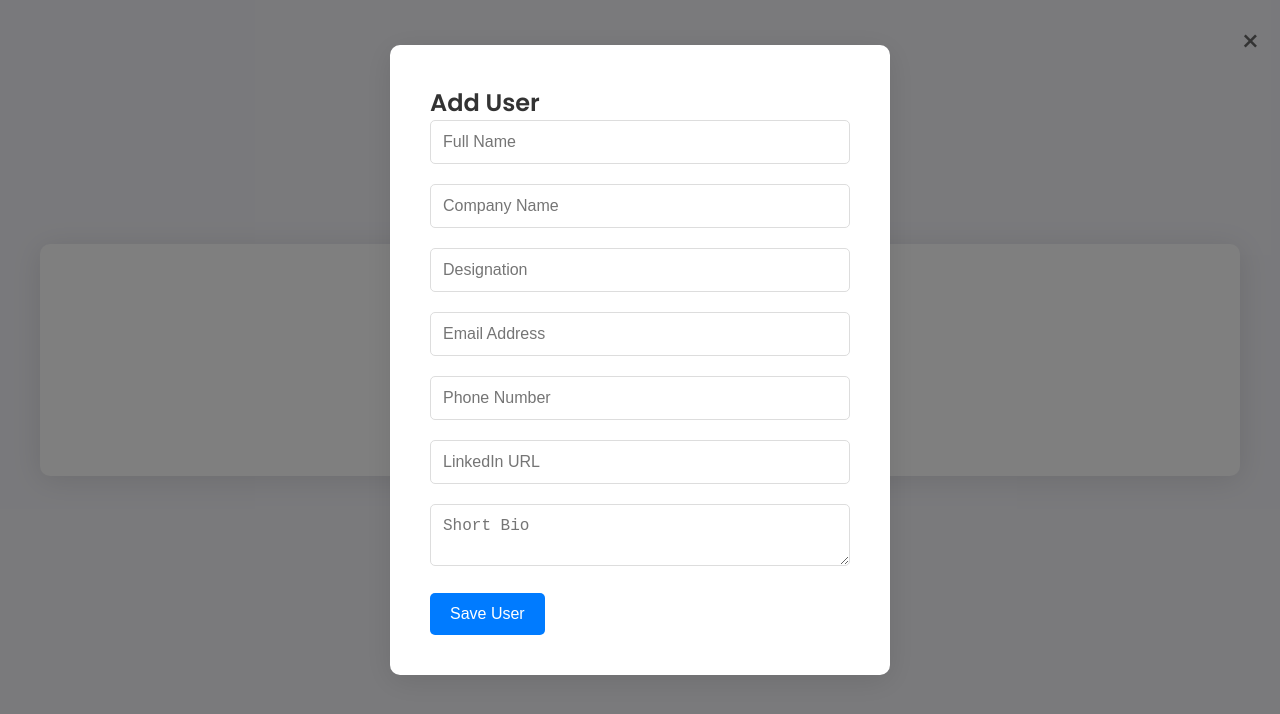
Repository: anazhtz/index
Page: index.html
An editor plug-in stored every save of this project. The page is shown before and after the next save, followed by the edit.
The browser window is 1280 px wide. The pictures show the whole page.
After loading, the first visible `#addBtn` was clicked once.

Above is the page before, as saved 2024-11-14 15:16:12.

### index.html
<!DOCTYPE html>
<html lang="en">
<head>
    <meta charset="UTF-8">
    <meta name="viewport" content="width=device-width, initial-scale=1.0">
    <meta http-equiv="X-UA-Compatible" content="ie=edge">
    <title>User Management - CRUD</title>
    <link href="https://fonts.googleapis.com/css2?family=Poppins:wght@300;400;500;600&display=swap" rel="stylesheet">
    <link rel="stylesheet" href="styles.css">
</head>
<body>
    <div class="container">
        <header>
            <h1>User Management</h1>
        </header>

        <div class="actions">
            <button class="btn add-btn" id="addBtn">Add New User</button>
        </div>

        <div class="user-list">
            <!-- User cards will be displayed here dynamically -->
        </div>
    </div>

    <!-- User Form Modal -->
    <div class="modal" id="userModal">
        <div class="modal-content">
            <span class="close-btn" id="closeModal">&times;</span>
            <h2 id="modalTitle">Add New User</h2>
            <form id="userForm">
                <input type="hidden" id="userId">
                <input type="text" id="userName" placeholder="Full Name" required>
                <input type="text" id="userCompany" placeholder="Company Name" required>
                <input type="text" id="userDesignation" placeholder="Designation" required>
                <input type="email" id="userEmail" placeholder="Email Address" required>
                <input type="text" id="userPhone" placeholder="Phone Number" required>
                <input type="text" id="userLinkedin" placeholder="LinkedIn URL" required>
                <textarea id="userBio" placeholder="Short Bio" required></textarea>
                <button type="submit" class="btn">Save User</button>
            </form>
        </div>
    </div>

    <script src="script.js"></script>
</body>
</html>

### styles.css
/* General Reset */
* {
    margin: 0;
    padding: 0;
    box-sizing: border-box;
}

/* Body Styling */
body {
    font-family: 'Poppins', sans-serif;
    background-color: #f4f4f9;
    color: #333;
    display: flex;
    justify-content: center;
    align-items: center;
    height: 100vh;
    margin: 0;
}

/* Main Container */
.container {
    width: 100%;
    max-width: 1200px;
    background-color: #fff;
    padding: 30px;
    border-radius: 10px;
    box-shadow: 0 4px 30px rgba(0, 0, 0, 0.1);
    overflow: hidden;
}

/* Header Section */
header {
    text-align: center;
    margin-bottom: 40px;
}

header h1 {
    font-size: 2.5rem;
    color: #007bff;
    font-weight: 600;
}

/* Buttons */
button {
    background-color: #007bff;
    color: #fff;
    padding: 12px 20px;
    border: none;
    border-radius: 5px;
    font-size: 1rem;
    cursor: pointer;
    transition: background-color 0.3s ease;
}

button:hover {
    background-color: #0056b3;
}

/* Action Section */
.actions {
    text-align: center;
    margin-bottom: 30px;
}

/* User Cards */
.user-list {
    display: grid;
    grid-template-columns: repeat(auto-fill, minmax(320px, 1fr));
    gap: 20px;
}

.user-card {
    background-color: #fff;
    padding: 20px;
    border-radius: 10px;
    box-shadow: 0 6px 20px rgba(0, 0, 0, 0.1);
    transition: transform 0.3s ease, box-shadow 0.3s ease;
}

.user-card:hover {
    transform: translateY(-10px);
    box-shadow: 0 10px 30px rgba(0, 0, 0, 0.1);
}

.user-card h3 {
    font-size: 1.8rem;
    color: #007bff;
    margin-bottom: 15px;
}

.user-card p {
    color: #555;
    font-size: 1rem;
    margin: 8px 0;
}

.user-card button {
    position: absolute;
    top: 10px;
    right: 10px;
}

.user-card button.edit-btn {
    background-color: #28a745;
}

.user-card button.delete-btn {
    background-color: #dc3545;
}

/* Modal Styling */
.modal {
    display: none;
    position: fixed;
    top: 0;
    left: 0;
    width: 100%;
    height: 100%;
    background: rgba(0, 0, 0, 0.5);
    justify-content: center;
    align-items: center;
    z-index: 1000;
}

.modal-content {
    background-color: #fff;
    padding: 40px;
    width: 500px;
    border-radius: 10px;
    box-shadow: 0 6px 30px rgba(0, 0, 0, 0.1);
}

.close-btn {
    font-size: 30px;
    color: #333;
    position: absolute;
    top: 20px;
    right: 20px;
    cursor: pointer;
}

textarea {
    width: 100%;
    padding: 12px;
    margin-bottom: 20px;
    border: 1px solid #ddd;
    border-radius: 5px;
    font-size: 1rem;
    resize: vertical;
}

input[type="text"], input[type="email"] {
    width: 100%;
    padding: 12px;
    margin-bottom: 20px;
    border: 1px solid #ddd;
    border-radius: 5px;
    font-size: 1rem;
}

/* Responsive Design */
@media (max-width: 768px) {
    .user-list {
        grid-template-columns: 1fr;
    }

    .modal-content {
        width: 90%;
    }
}

### script.js
// Array to store user data
let users = [];

// Modal and form elements
const userModal = document.getElementById("userModal");
const closeModal = document.getElementById("closeModal");
const userForm = document.getElementById("userForm");

// Add/Edit user fields
const userName = document.getElementById("userName");
const userCompany = document.getElementById("userCompany");
const userDesignation = document.getElementById("userDesignation");
const userEmail = document.getElementById("userEmail");
const userPhone = document.getElementById("userPhone");
const userLinkedin = document.getElementById("userLinkedin");
const userBio = document.getElementById("userBio");
const userId = document.getElementById("userId");

// List container
const userList = document.querySelector(".user-list");

// Open modal to add user
document.getElementById("addBtn").addEventListener("click", () => {
    document.getElementById("modalTitle").textContent = "Add User";
    userForm.reset();
    userId.value = '';
    userModal.style.display = "flex";
});

// Close modal
closeModal.addEventListener("click", () => {
    userModal.style.display = "none";
});

// Save user (Add/Edit)
userForm.addEventListener("submit", (e) => {
    e.preventDefault();

    const newUser = {
        id: userId.value || Date.now().toString(),
        name: userName.value,
        company: userCompany.value,
        designation: userDesignation.value,
        email: userEmail.value,
        phone: userPhone.value,
        linkedin: userLinkedin.value,
        bio: userBio.value
    };

    if (userId.value) {
        // Update existing user
        const index = users.findIndex(user => user.id === userId.value);
        users[index] = newUser;
    } else {
        // Add new user
        users.push(newUser);
    }

    renderUsers();
    userModal.style.display = "none";
});

// Edit user
function editUser(userId) {
    const user = users.find(u => u.id === userId);
    userName.value = user.name;
    userCompany.value = user.company;
    userDesignation.value = user.designation;
    userEmail.value = user.email;
    userPhone.value = user.phone;
    userLinkedin.value = user.linkedin;
    userBio.value = user.bio;
    document.getElementById("modalTitle").textContent = "Edit User";
    userId.value = user.id;
    userModal.style.display = "flex";
}

// Delete user
function deleteUser(userId) {
    users = users.filter(u => u.id !== userId);
    renderUsers();
}

// Render all users to the page
function renderUsers() {
    userList.innerHTML = '';
    users.forEach(user => {
        const userCard = document.createElement("div");
        userCard.classList.add("user-card");
        userCard.innerHTML = `
            <h3>${user.name}</h3>
            <p><strong>Company:</strong> ${user.company}</p>
            <p><strong>Designation:</strong> ${user.designation}</p>
            <p><strong>Email:</strong> ${user.email}</p>
            <p><strong>Phone:</strong> ${user.phone}</p>
            <p><strong>LinkedIn:</strong> <a href="${user.linkedin}" target="_blank">${user.linkedin}</a></p>
            <p><strong>Bio:</strong> ${user.bio}</p>
            <button class="edit-btn" onclick="editUser('${user.id}')">Edit</button>
            <button class="delete-btn" onclick="deleteUser('${user.id}')">Delete</button>
        `;
        userList.appendChild(userCard);
    });
}

// Initial render
renderUsers();

After the next save:
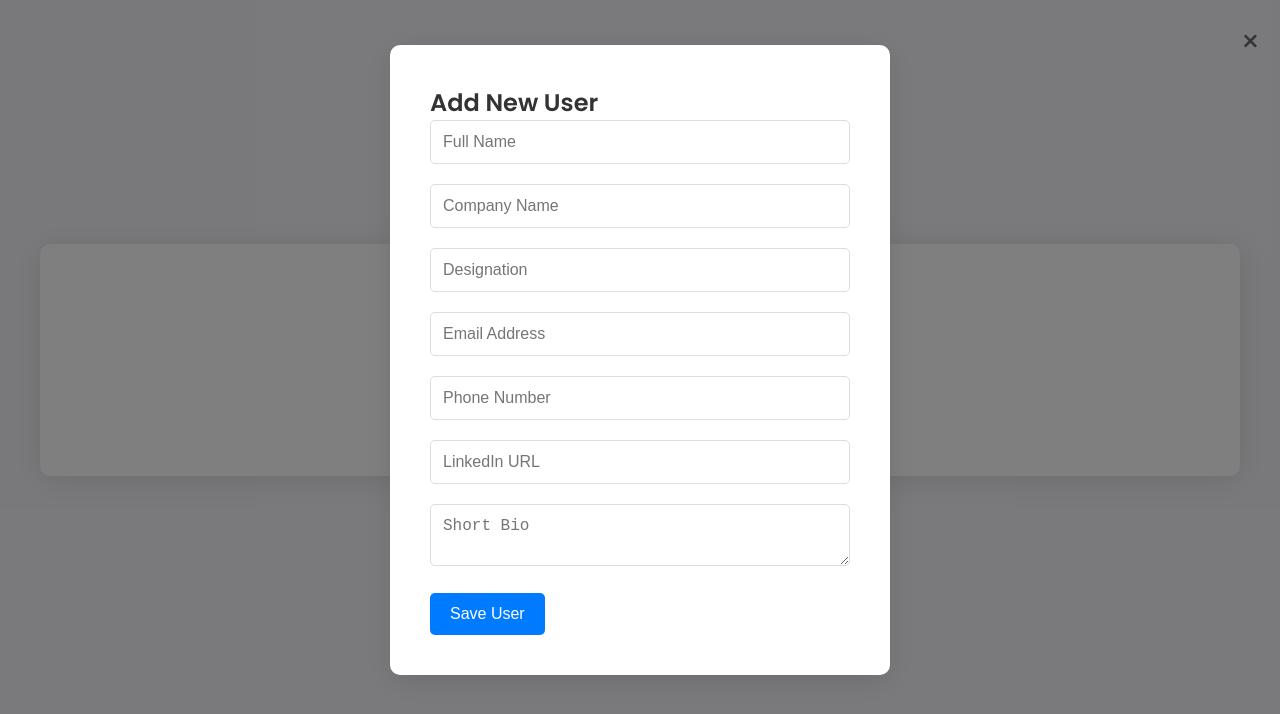
Saved 5 s later.
--- a/script.js
+++ b/script.js
@@ -1,4 +1,3 @@
-// Array to store user data
 let users = [];
 
 // Modal and form elements
@@ -16,12 +15,12 @@ const userLinkedin = document.getElementById("userLinkedin");
 const userBio = document.getElementById("userBio");
 const userId = document.getElementById("userId");
 
-// List container
+// User list container
 const userList = document.querySelector(".user-list");
 
-// Open modal to add user
+// Open modal to add a new user
 document.getElementById("addBtn").addEventListener("click", () => {
-    document.getElementById("modalTitle").textContent = "Add User";
+    document.getElementById("modalTitle").textContent = "Add New User";
     userForm.reset();
     userId.value = '';
     userModal.style.display = "flex";
@@ -32,7 +31,7 @@ closeModal.addEventListener("click", () => {
     userModal.style.display = "none";
 });
 
-// Save user (Add/Edit)
+// Handle user form submission (Add/Edit)
 userForm.addEventListener("submit", (e) => {
     e.preventDefault();
 
@@ -77,23 +76,23 @@ function editUser(userId) {
 
 // Delete user
 function deleteUser(userId) {
-    users = users.filter(u => u.id !== userId);
+    users = users.filter(user => user.id !== userId);
     renderUsers();
 }
 
-// Render all users to the page
+// Render user list
 function renderUsers() {
     userList.innerHTML = '';
     users.forEach(user => {
-        const userCard = document.createElement("div");
-        userCard.classList.add("user-card");
+        const userCard = document.createElement('div');
+        userCard.classList.add('user-card');
         userCard.innerHTML = `
             <h3>${user.name}</h3>
             <p><strong>Company:</strong> ${user.company}</p>
             <p><strong>Designation:</strong> ${user.designation}</p>
             <p><strong>Email:</strong> ${user.email}</p>
             <p><strong>Phone:</strong> ${user.phone}</p>
-            <p><strong>LinkedIn:</strong> <a href="${user.linkedin}" target="_blank">${user.linkedin}</a></p>
+            <p><strong>LinkedIn:</strong> <a href="${user.linkedin}" target="_blank">Profile</a></p>
             <p><strong>Bio:</strong> ${user.bio}</p>
             <button class="edit-btn" onclick="editUser('${user.id}')">Edit</button>
             <button class="delete-btn" onclick="deleteUser('${user.id}')">Delete</button>
